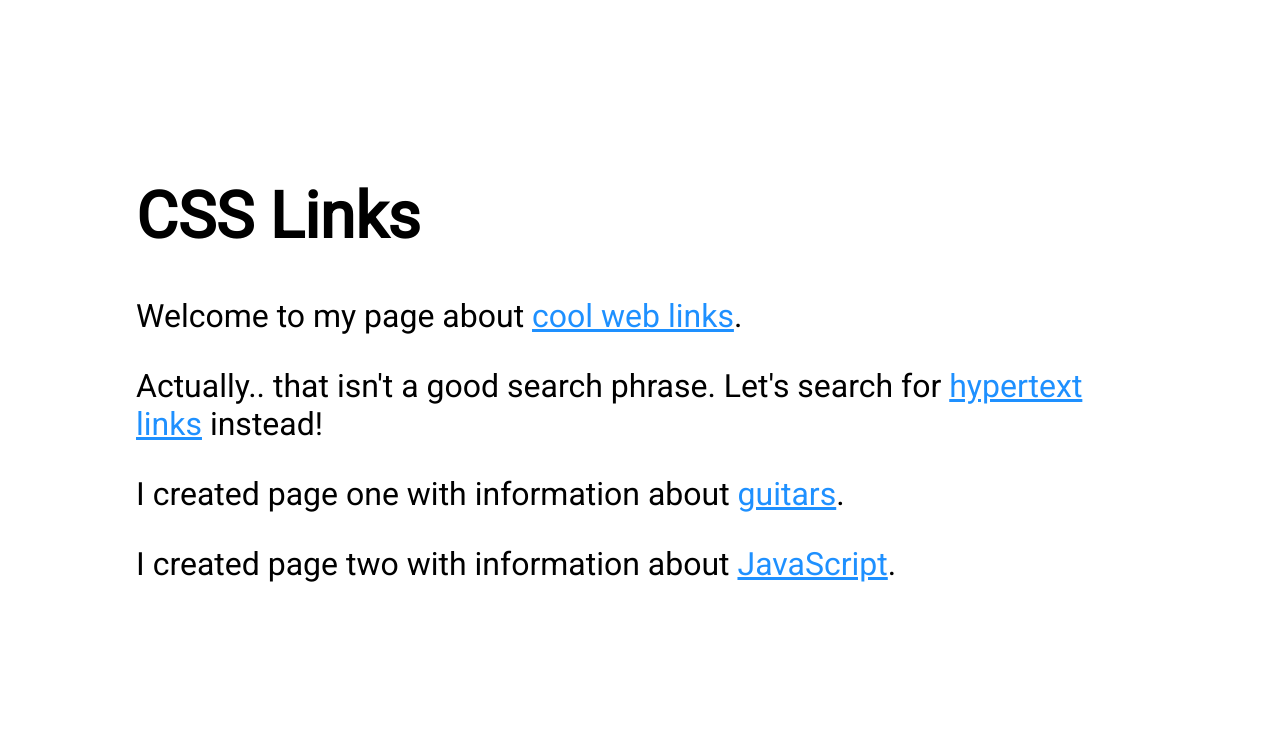
Repository: madhurik9999/Css
Page: index.html
The author's editor kept a copy of each file at every save. The page is drawn from the files as they stood at one save, then again after the next save.
The browser window is 1280 px wide. The pictures show the whole page.

Above is the page before, as saved 2023-12-11 12:02:45.

After the next save:
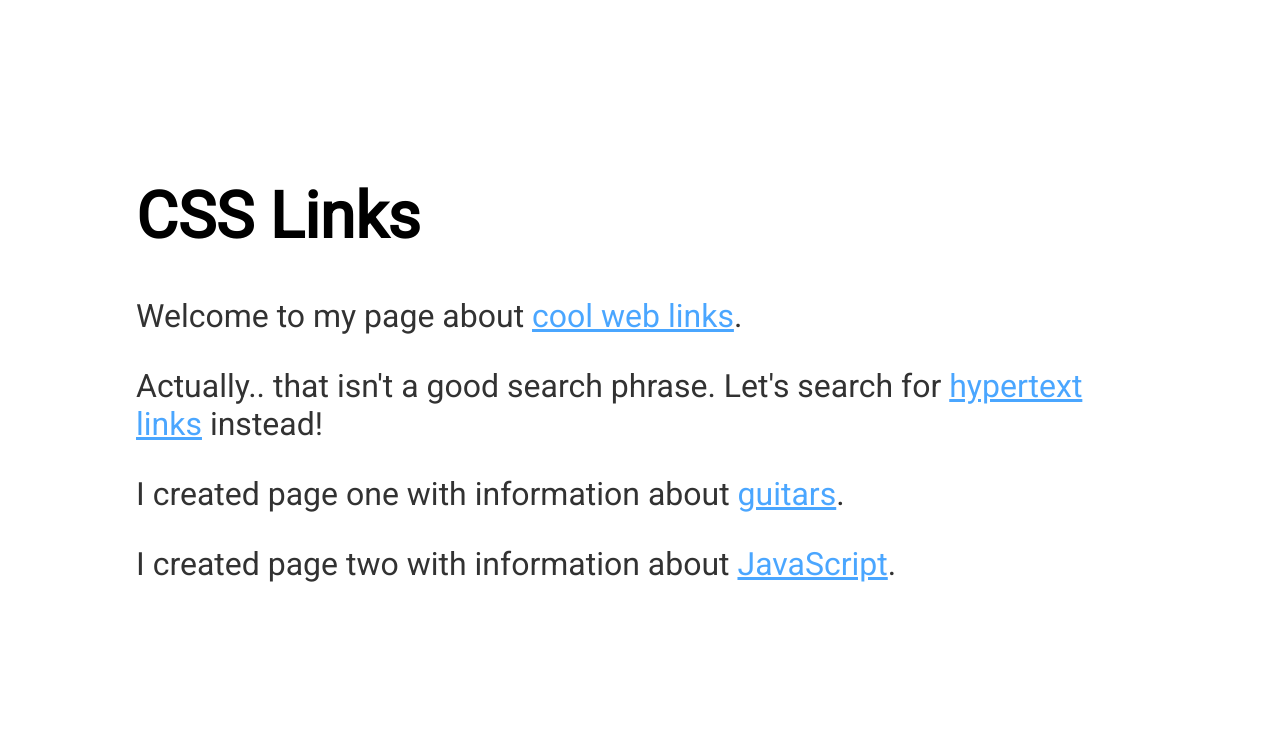
Saved 23 s later.
--- a/styles/style.css
+++ b/styles/style.css
@@ -10,6 +10,9 @@ body {
     font-family: 'Roboto', sans-serif;
 }
 
+main {
+    opacity: 0.8;
+}
 
 a {
     color: dodgerblue;
